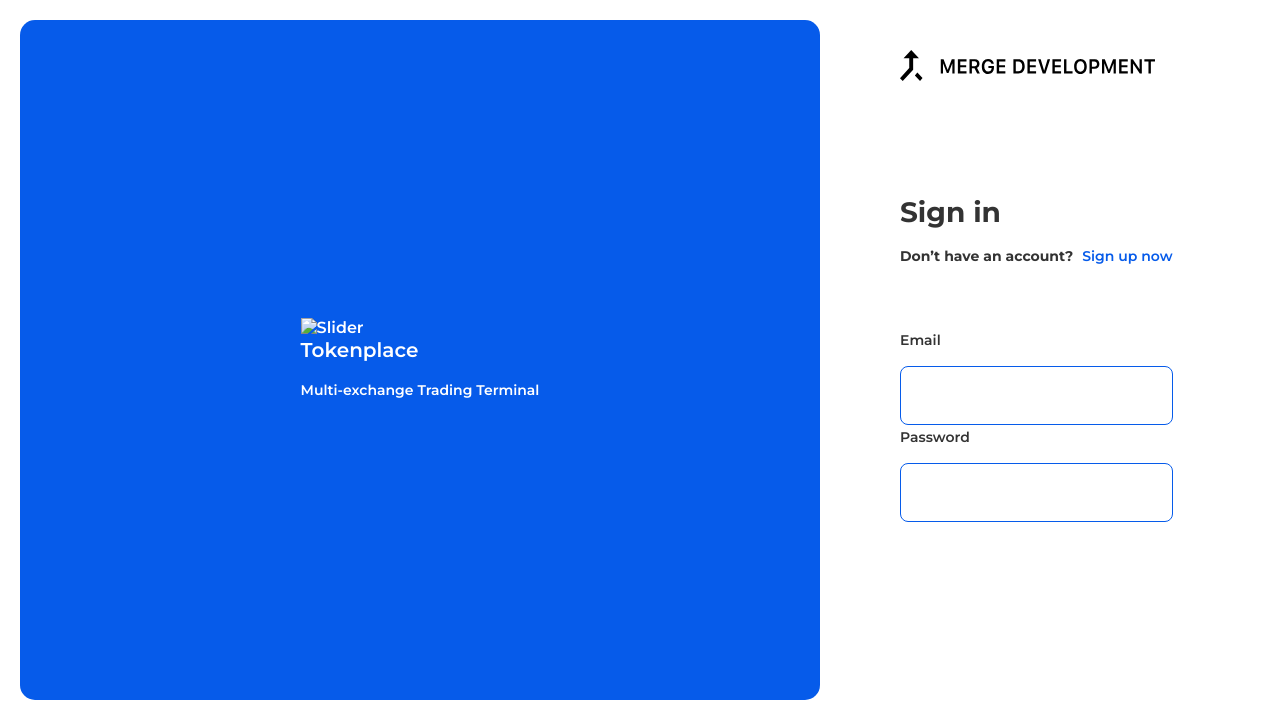
Repository: 13RedFox/form-project
Page: /
The author's editor kept a copy of each file at every save. The page is drawn from the files as they stood at one save, then again after a run of saves.
The browser window is 1280 px wide. The pictures show the whole page.
The project was rebuilt for these pictures with package versions that can differ from the ones it lists, and the page was loaded fresh each time.

Above is the page before, as saved 2021-08-04 18:19:11.

### public/index.html
<!DOCTYPE html>
<html lang="en">

<head>
  <meta charset="utf-8" />
  <link rel="icon" href="%PUBLIC_URL%/favicon.ico" />
  <meta name="viewport" content="width=device-width, initial-scale=1" />
  <meta name="theme-color" content="#000000" />
  <meta name="description" content="Web site created using create-react-app" />
  <link rel="apple-touch-icon" href="%PUBLIC_URL%/logo192.png" />
  <link rel="manifest" href="%PUBLIC_URL%/manifest.json" />

  <title>Form Project</title>
  <link rel="preconnect" href="https://fonts.googleapis.com">
  <link rel="preconnect" href="https://fonts.gstatic.com" crossorigin>
  <link href="https://fonts.googleapis.com/css2?family=Montserrat:wght@600;700&display=swap" rel="stylesheet">
</head>

<body>
  <noscript>You need to enable JavaScript to run this app.</noscript>
  <div id="root"></div>
</body>

</html>

### src/index.js
import React from 'react';
import ReactDOM from 'react-dom';
import './index.scss';
import App from './components/App/App';

ReactDOM.render(
  <React.StrictMode>
    <App />
  </React.StrictMode>,
  document.getElementById('root')
);

### src/index.scss
* {
  margin: 0;
  padding: 0;
  box-sizing: border-box;
  font-family: 'Montserrat', -apple-system, BlinkMacSystemFont, 'Segoe UI', 'Roboto', 'Oxygen',
    'Ubuntu', 'Cantarell', 'Fira Sans', 'Droid Sans', 'Helvetica Neue', sans-serif;
  -webkit-font-smoothing: antialiased;
  -moz-osx-font-smoothing: grayscale;
}

### src/components/App/App.jsx
import React from 'react';
import Form from '../Form/Form';
import Slider from '../Slider/Slider';

import styles from './App.module.scss';

function App() {
  return (
    <div className={styles.wrapper}>
      <Slider />
      <Form />
    </div>
  );
}

export default App;

### src/components/Form/Form.jsx
import styles from './Form.module.scss';
import { ReactComponent as LogoIcon } from '../../assets/logo.svg';
import Input from '../Input/Input';

const Form = () => {
  return (
    <div className={styles.form}>
      <LogoIcon className={styles.icon} />
      <form action="#">
        <h1 className={styles.title}>Sign in</h1>
        <div className={styles.inner}>
          <p className={styles.text}>Don’t have an account?</p>
          <a href="#!" className={styles.signUp}>
            Sign up now
          </a>
        </div>
        <Input label="Email" type="email" className={styles.input} />
        <Input label="Password" type="password" className={styles.input} />
      </form>
    </div>
  );
};

export default Form;

### src/components/Slider/Slider.jsx
import styles from './Slider.module.scss';

const Slider = () => {
  return (
    <div className={styles.slider}>
      <div className={styles.card}>
        <div className={styles.wrapperImg}>
          <img src="#" alt="Slider" />
        </div>
        <h2 className={styles.title}>Tokenplace</h2>
        <p className={styles.description}>Multi-exchange Trading Terminal</p>
      </div>
    </div>
  );
};

export default Slider;

### src/components/App/App.module.scss
.wrapper {
  max-width: 1440px;
  height: 100vh;
  display: flex;
  background-color: #fff;
  padding: 20px;
  margin: 0 auto;
}

### src/components/Form/Form.module.scss
.form {
  padding-top: 30px;
  color: #333333;
}

.icon {
  margin-bottom: 110px;
}

.title {
  font-weight: bold;
  font-size: 28px;
  line-height: 34px;
  margin-bottom: 15px;
}

.inner {
  display: flex;
  align-items: center;
  margin-bottom: 60px;
}

.text {
  font-weight: bold;
  font-size: 14px;
  line-height: 24px;
}

.signUp {
  display: flex;
  font-weight: 600;
  font-size: 14px;
  line-height: 24px;
  color: #065bea;
  margin-left: 9px;
  text-decoration: none;
  transition: color 0.15s ease-in-out;

  &:hover {
    color: #0a4ab6;
  }
}

.input {
  margin-bottom: 30px;
}

### src/components/Input/Input.jsx
import styles from './Input.module.scss';

const Input = ({ type, label }) => {
  return (
    <label htmlFor="input" className={styles.label}>
      {label}
      <input type={type} className={styles.input} />
    </label>
  );
};

export default Input;

### src/components/Slider/Slider.module.scss
.slider {
  width: 800px;
  height: 100%;
  background: #065bea;
  border-radius: 15px;
  display: flex;
  justify-content: center;
  align-items: center;
  color: #fff;
  margin-right: 80px;
}

.title {
  font-weight: 600;
  font-size: 20px;
  line-height: 26px;
  margin-bottom: 15px;
}

.description {
  font-weight: 600;
  font-size: 14px;
  line-height: 24px;
}

### src/components/Input/Input.module.scss
.label {
  display: flex;
  flex-direction: column;
  font-weight: 600;
  font-size: 14px;
  line-height: 24px;
  color: #333;
}

.input {
  width: 100%;
  max-width: 420px;
  padding: 20px;

  color: #333;
  background: #ffffff;
  border: 1px solid #065bea;
  border-radius: 8px;

  font-weight: 600;
  font-size: 14px;
  line-height: 17px;
  margin-top: 14px;
}

### src/components/Button/Button.jsx
import React from 'react';
import styles from './Button.module.scss';

const Button = ({ label, disabled }) => {
  return (
    <button className={styles.button} disabled={disabled}>
      {label}
    </button>
  );
};

export default Button;

### src/components/Button/Button.module.scss
.button {
  position: relative;
  width: 100%;
  max-width: 420px;
  padding: 18px 0;
  background: #065bea;
  border-radius: 8px;
  border: none;
  font-weight: 600;
  font-size: 16px;
  line-height: 20px;
  color: #ffffff;
  transition: background-color 0.15s ease-in-out;
  cursor: pointer;
  z-index: 0;

  &:after {
    content: '';
    position: absolute;
    bottom: -5px;
    left: 50%;
    transform: translateX(-50%);
    width: 383px;
    height: 26px;

    background: #065bea;
    opacity: 0.83;
    filter: blur(40px);
    border-radius: 8px;
    z-index: -1;
  }

  &:hover {
    background: #0451d2;
  }

  &:active {
    background: #065bea;
  }

  &:disabled {
    background: #c6d0e0;
    &:after {
      display: none;
    }
  }
}

After the next 2 saves:
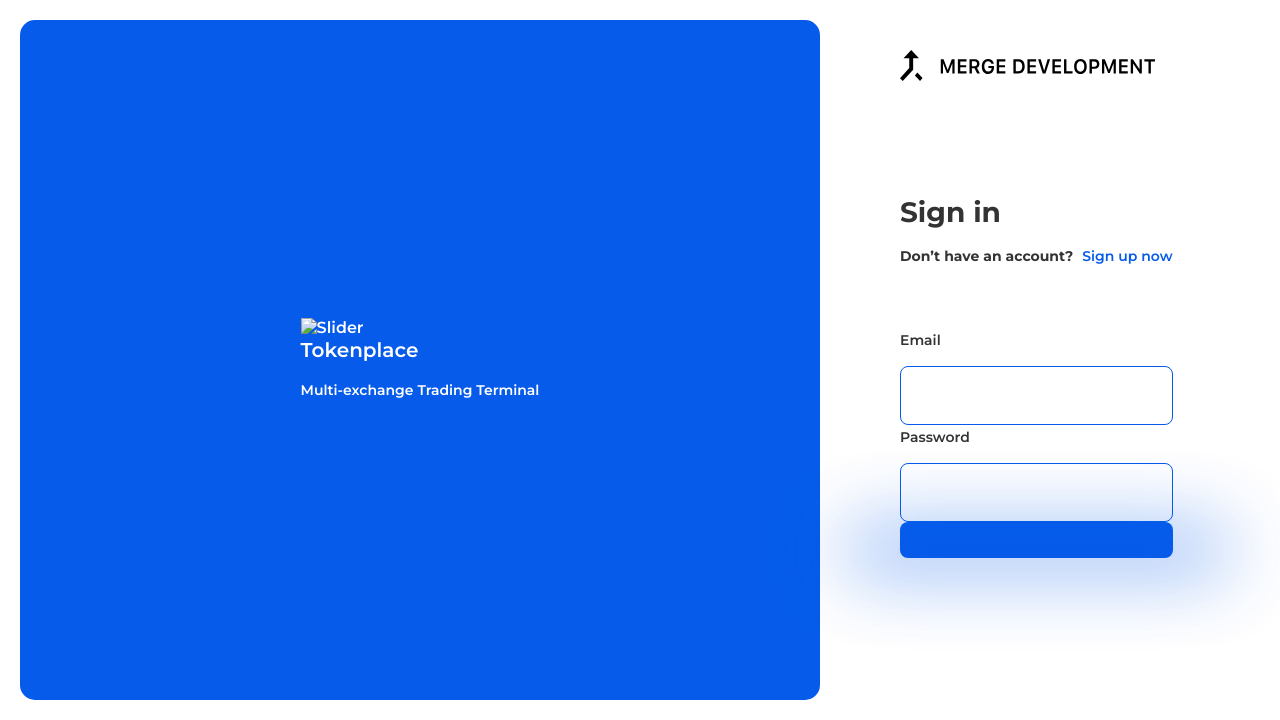
The 2 saves are shown as one change because 1 did not build or start.
The last was saved 2 min 4 s later.
--- a/src/components/Form/Form.jsx
+++ b/src/components/Form/Form.jsx
@@ -1,6 +1,7 @@
 import styles from './Form.module.scss';
 import { ReactComponent as LogoIcon } from '../../assets/logo.svg';
 import Input from '../Input/Input';
+import Button from '../Button/Button';
 
 const Form = () => {
   return (
@@ -16,6 +17,7 @@
         </div>
         <Input label="Email" type="email" className={styles.input} />
         <Input label="Password" type="password" className={styles.input} />
+        <Button />
       </form>
     </div>
   );
